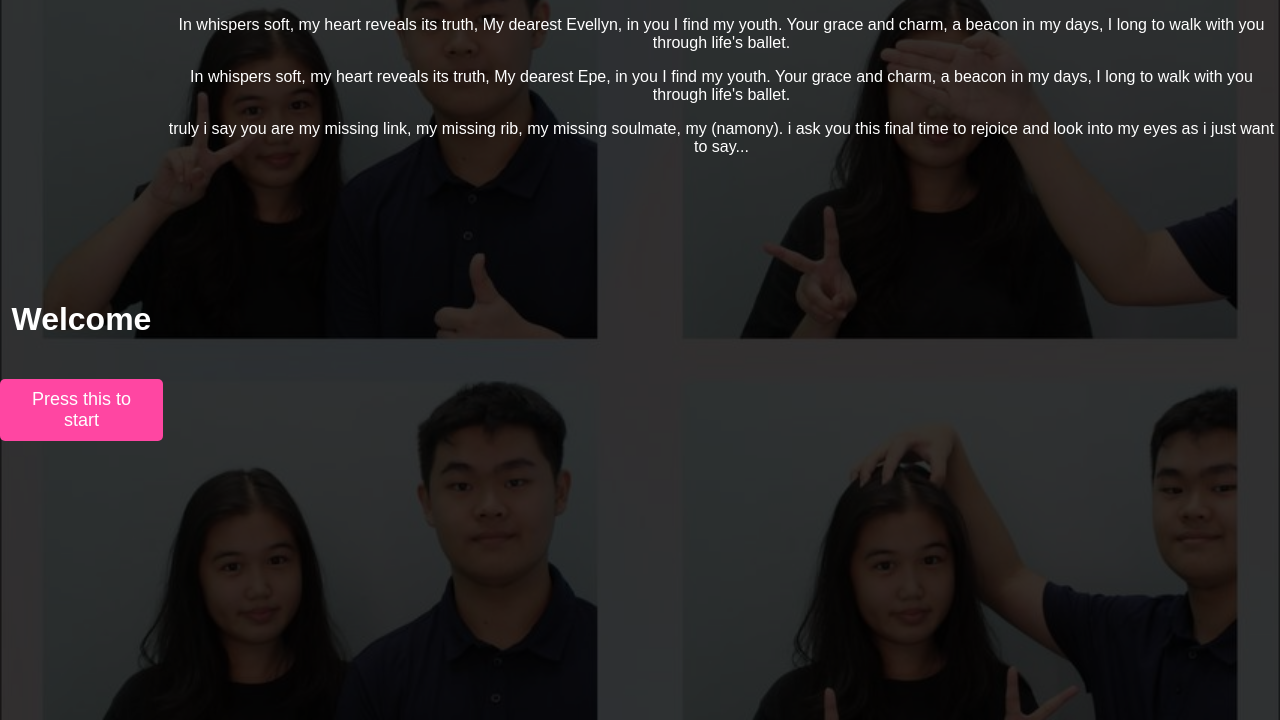
Repository: SnakeXrnt/project-cnf
Page: index.html
These files come from the project's save history. The page is drawn as it stood at one moment and after the next save; the edit follows.
The browser window is 1280 px wide. The pictures show the whole page.
Some web fonts or font styles are not loaded; a fallback is used.

Above is the page before, as saved 2024-06-22 15:50:14.

### index.html
<!DOCTYPE html>
<html lang="en">
<head>
    <meta charset="UTF-8">
    <meta name="viewport" content="width=device-width, initial-scale=1.0">
    <title>This is for u !</title>
    <link rel="apple-touch-icon" sizes="180x180" href="/apple-touch-icon.png">
    <link rel="icon" type="image/png" sizes="32x32" href="/favicon-32x32.png">
    <link rel="icon" type="image/png" sizes="16x16" href="/favicon-16x16.png">
    <link rel="manifest" href="/site.webmanifest">
    <link rel="stylesheet" href="style.css">
    <script src="script.js"></script>
</head>
<body>
    <div class="greetings1">
        <h1>Welcome</h1>
        <button class="to-grettings2">Press this to start</button>
    </div>
    <div class="greetings2" style="display: none;">
        <h1>Hi, Mrs Evellyn Jade!</h1>
        <p>days pass and time flies yet in this moment my heart yearns just to spew its desires and now after all these times i just wanna say...</p>
        <div class="loading-container">
            <div class="loading-bar"></div>
        </div>
    </div>

    <div class="filling" style="display: none;">
        <div class="lyric1"></div>
    </div>

    <div class="filling2" style="display: none;">
        <div class="photos">
            <img src="image/1.jpg" alt="Photoooo" class="photo1">
            <img src="image/2.jpg" alt="Photoooo" class="photo2">
            <img src="image/3.jpg" alt="Photoooo" class="photo3">
            <img src="image/4.jpg" alt="Photoooo" class="photo4">
            <img src="image/5.jpg" alt="Photoooo" class="photo5">
            <img src="image/6.jpg" alt="Photoooo" class="photo6">
            <img src="image/7.jpg" alt="Photoooo" class="photo7">
            <img src="image/8.jpg" alt="Photoooo" class="photo8">
            <img src="image/9.jpg" alt="Photoooo" class="photo9">
            <img src="image/10.jpg" alt="Photoooo" class="photo10">
            <img src="image/11.jpg" alt="Photoooo" class="photo11">
        </div>

        <button class="to-filling3">Are you ready?</button>
    </div>

    <div class="filling3">
        <p>In whispers soft, my heart reveals its truth,
            My dearest Evellyn, in you I find my youth.
            Your grace and charm, a beacon in my days,
            I long to walk with you through life's ballet.</p>

        <p>In whispers soft, my heart reveals its truth,
            My dearest Epe, in you I find my youth.
            Your grace and charm, a beacon in my days,
            I long to walk with you through life's ballet.</p>
        <p>
            truly i say you are my missing link, my missing rib, my missing soulmate, my (namony). i ask you this final time to rejoice and look into my eyes as i just want to say...
        </p>
    </div>

    <audio id="background-music" src="music.mp3"></audio>
</body>
</html>

### style.css

@import url('https://fonts.googleapis.com/css2?family=Playfair+Display:ital,wght@0,400..900;1,400..900&family=Playwrite+NZ:wght@100..400&display=swap');

// <uniquifier>: Use a unique and descriptive class name
// <weight>: Use a value from 100 to 400

.playwrite-nz-<uniquifier> {
  font-family: "Playwrite NZ", cursive;
  font-optical-sizing: auto;
  font-weight: <weight>;
  font-style: normal;
}

// <uniquifier>: Use a unique and descriptive class name
// <weight>: Use a value from 400 to 900

.playfair-display-<uniquifier> {
  font-family: "Playfair Display", serif;
  font-optical-sizing: auto;
  font-weight: <weight>;
  font-style: normal;
}

body {
    display: flex;
    justify-content: center;

    margin: 0;
    padding: 0;
    font-family: Arial, sans-serif;
    position: relative;
    min-height: 100vh;
    background-color: #000; /* Fallback color */
}

body::before {
    content: "";
    position: absolute;
    top: 0;
    left: 0;
    width: 100%;
    height: 100%;
    background: url('background1.jpg') no-repeat center center fixed;
    background-size: cover;
    opacity: 0.2;
    z-index: -1;
}

.spotify {
    display: flex;
    width: 90%;
    height: auto;
    flex-direction: column;
    justify-content: center;
    align-items: center;
    padding-bottom: 20px;
}

.greetings {
    display: flex;
    justify-content: center;
    align-items: center;
    flex-direction: column;
    height: 100%;
}


button.ready {
    margin-top: 20px;
    background-color: rgb(255, 255, 255);
    color: rgb(0, 0, 0);
    border: none;
    border-radius: 50px;
    padding: 15px 30px;
    font-size: 18px;
    cursor: pointer;
    transition: background-color 0.3s ease;
    outline: none;
    padding-top: 20px;
}

button.ready:hover {
    background-color: #ff69b4;
}

button.ready h2 {
    margin: 0;
    padding: 0;
}

.filling {
    display: flex;
    justify-content: center;
    align-items: center;
    flex-direction: column;
}

.lyric1 {
    display: flex;
    justify-content: center;
    align-items: center;
    flex-direction: column;
    font-size: 24px;
    color: #333;
    margin: 10px 0;
}

.lyric1 p {
    margin: 10px;
    text-align: center;
}

.fade-in {
    opacity: 0;
    animation: fadeIn 2s forwards;
}

@keyframes fadeIn {
    to {
        opacity: 1;
    }
}

.greetings p {
    margin: 2px;
    text-align: center;
}

/* style.css */

.greetings1 {
    display: flex;
    flex-direction: column;
    align-items: center;
    justify-content: center;
    height: 100vh;
    text-align: center;
}

.greetings2 {
    display: flex;
    justify-content: center;
    align-items: center;
    flex-direction: column;
    height: 90vh;
    width: 80vw;
}

.to-grettings2 , .to-grettings3{
    margin-top: 20px;
    padding: 10px 20px;
    font-size: 18px;
    background-color: #ff46a2;
    color: white;
    border: none;
    border-radius: 5px;
    cursor: pointer;
}



.greetings2 p {
    font-family: "Playfair Display", serif;
}

h1, p {
    color: white;
    text-align: center;
}

.waiting-bar {
    width: 80%;
    height: 5px;
    background-color: #ddd;
    margin: 20px auto;
    overflow: hidden;
    position: relative;
}

.waiting-bar .progress {
    height: 100%;
    background-color: #3498db;
    width: 0;
    position: absolute;
    top: 0;
    left: 0;
    transition: width 20s linear;
}

.loading-container {
    width: 200px;
    height: 10px;
    background-color: #f0f0f000;
    border: 1px solid #ccc;
    position: relative;
}

.loading-bar {
    width: 100%;
    height: 100%;
    background-color: #ffffff;
    position: absolute;
    animation: reduceWidth 20s linear forwards;
}

@keyframes reduceWidth {
    0% {
        width: 100%;
    }
    100% {
        width: 0;
    }
}

/* Hide overflow to prevent horizontal scrollbar */
body {
    overflow-x: hidden;
}

/* Set initial opacity to 0 for all photos */
/* style.css */

/* Other styles... */

.photos img {
    opacity: 0;
    transition: opacity 2s ease;
    width: 70vw;
    height: auto;

}

.photos {
    display: flex;
    justify-content: center;
    flex-direction: column;
    padding-top: 50px;
    padding-bottom: 50px;
}

.filling2 {
    display: flex;
    flex-direction: column;
}

/* Hide overflow to prevent horizontal scrollbar */
body {
    overflow-x: hidden;
}

### script.js
document.addEventListener('DOMContentLoaded', function() {
    const toGreetings2Button = document.querySelector('.to-grettings2');
    const greetings1Div = document.querySelector('.greetings1');
    const greetings2Div = document.querySelector('.greetings2');
    const fillingDiv = document.querySelector('.filling');
    const lyricDiv = document.querySelector('.lyric1');
    const filling2Div = document.querySelector('.filling2');
    const audio = document.getElementById('background-music');
    const progressBar = document.querySelector('.waiting-bar .progress');
    const photos = document.querySelectorAll('.photos img');

    const lyrics = [
        "Heart beats fast",
        "Colors and promises",
        "How to be brave?",
        "How can I love",
        "When I'm afraid to fall?",
        "But watching you stand alone",
        "All of my doubt",
        "Suddenly goes away somehow",
        "One Step Closer"
    ];

    let currentLyricIndex = 0;

    function showNextLyric() {
        if (currentLyricIndex < lyrics.length) {
            const lyricLine = document.createElement('p');
            lyricLine.textContent = lyrics[currentLyricIndex];
            lyricLine.classList.add('fade-in');
            lyricDiv.appendChild(lyricLine);
            currentLyricIndex++;
            setTimeout(showNextLyric, 4000); // Adjust the delay as needed
        }
    }

    function showNextPhoto(index) {
        if (index < photos.length) {
            photos[index].style.opacity = '1';
            setTimeout(function() {
                showNextPhoto(index + 1);
            }, 2000); // Delay for each photo appearance
        }
    }

    function autoScrollFilling2() {
        const scrollStep = 1; // Adjust the scroll step as needed
        const scrollInterval = 20; // Adjust the interval as needed

        function scroll() {
            if (filling2Div.scrollTop < filling2Div.scrollHeight - filling2Div.clientHeight) {
                filling2Div.scrollTop += scrollStep;
                setTimeout(scroll, scrollInterval);
            }
        }
        scroll();
    }

    toGreetings2Button.addEventListener('click', function() {
        greetings1Div.style.display = 'none';
        greetings2Div.style.display = 'flex';
        audio.play();

        // Start the loading bar animation
        if (progressBar) {
            progressBar.style.width = '100%';
        }

        setTimeout(function() {
            console.log('Switching to filling div...');
            if (greetings2Div) {
                greetings2Div.style.display = 'none';
            }
            if (fillingDiv) {
                fillingDiv.style.display = 'flex';
            }
            showNextLyric();

            setTimeout(function() {
                console.log('Switching to filling2 div...');
                if (fillingDiv) {
                    fillingDiv.style.display = 'none';
                }
                if (filling2Div) {
                    filling2Div.style.display = 'flex';
                }
                showNextPhoto(0);
                autoScrollFilling2();
            }, 40000); // Transition to filling2 after 35 seconds
        }, 20000); // Transition to filling after 20 seconds
    });
});

After the next save:
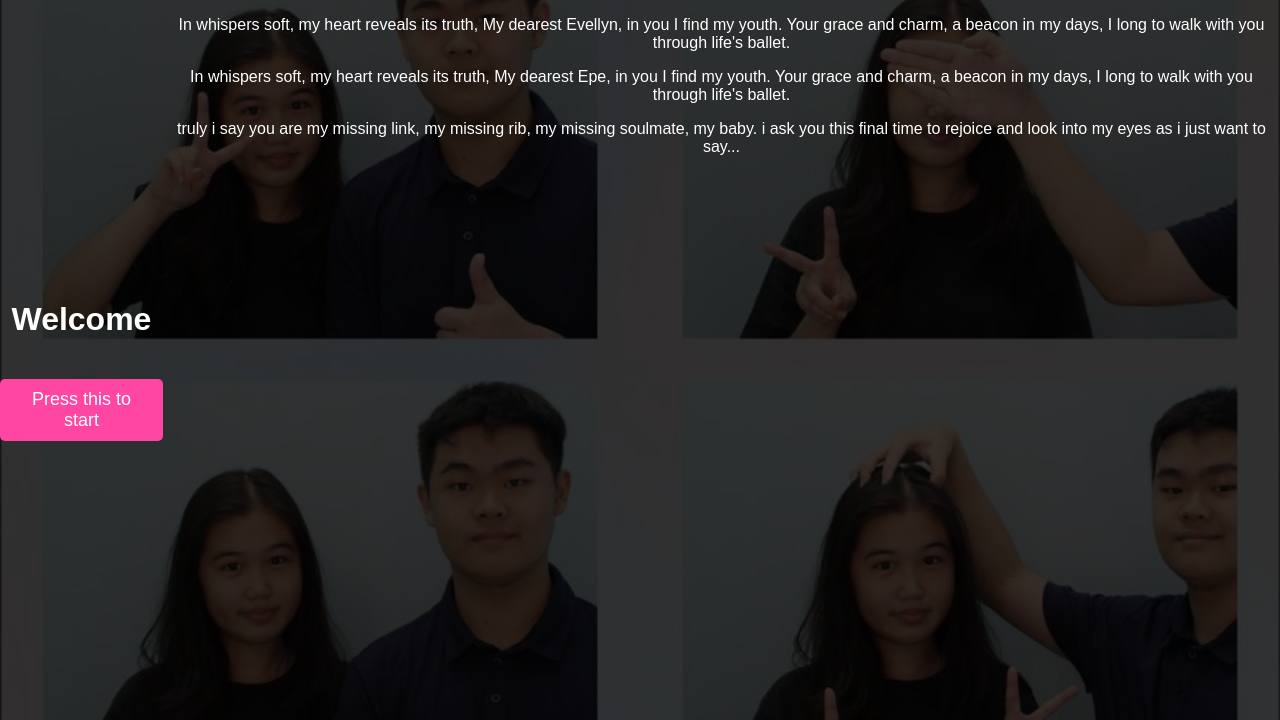
Saved 6 s later.
--- a/index.html
+++ b/index.html
@@ -57,7 +57,7 @@
             Your grace and charm, a beacon in my days,
             I long to walk with you through life's ballet.</p>
         <p>
-            truly i say you are my missing link, my missing rib, my missing soulmate, my (namony). i ask you this final time to rejoice and look into my eyes as i just want to say...
+            truly i say you are my missing link, my missing rib, my missing soulmate, my baby. i ask you this final time to rejoice and look into my eyes as i just want to say...
         </p>
     </div>
 
